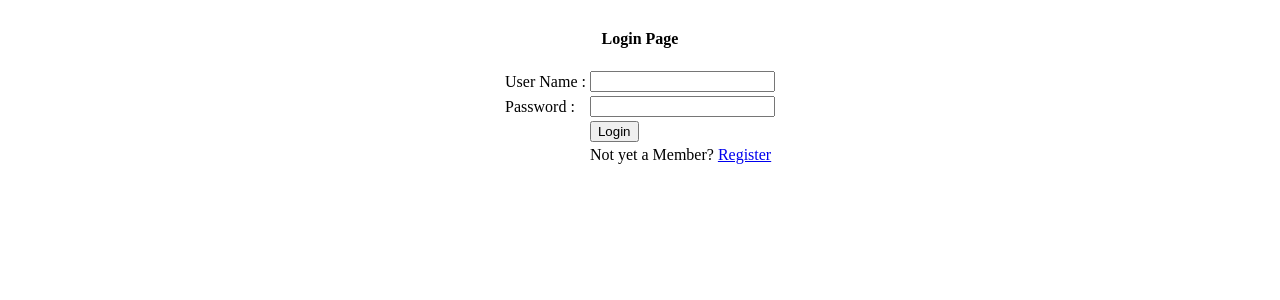
Repository: ShegokarSneha/Login-Registration
Page: http://localhost/LoginRegistration/Login.jsp
An editor plug-in stored every save of this project. The page is shown before and after the next save, followed by the edit.
The browser window is 1280 px wide. The pictures show the whole page.
The page is served by Tomcat 9. Nobody is signed in. The application's start-up code is not run.

Above is the page before, as saved 2019-07-09 08:30:55.

After the next save:
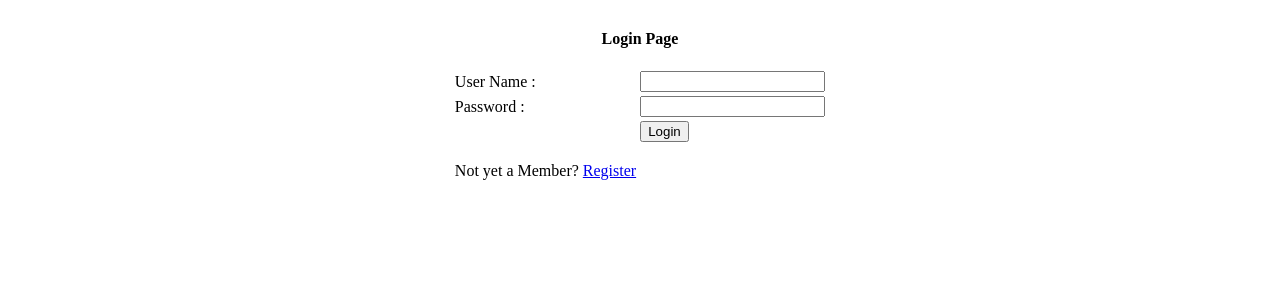
Saved 41 s later.
--- a/LoginRegistration/WebContent/Login.jsp
+++ b/LoginRegistration/WebContent/Login.jsp
@@ -27,8 +27,8 @@
 				<td><input type="Submit" name="Submit" value="Login"></td>
 			</tr>
 			<tr>
-			<td></td>
-				<td>Not yet a Member? <a href="Register.jsp">Register</a></td>
+
+				<td><p align = "center">Not yet a Member? <a href="Register.jsp">Register</a></td>
 			</tr>
 		</table>
 	</form>
